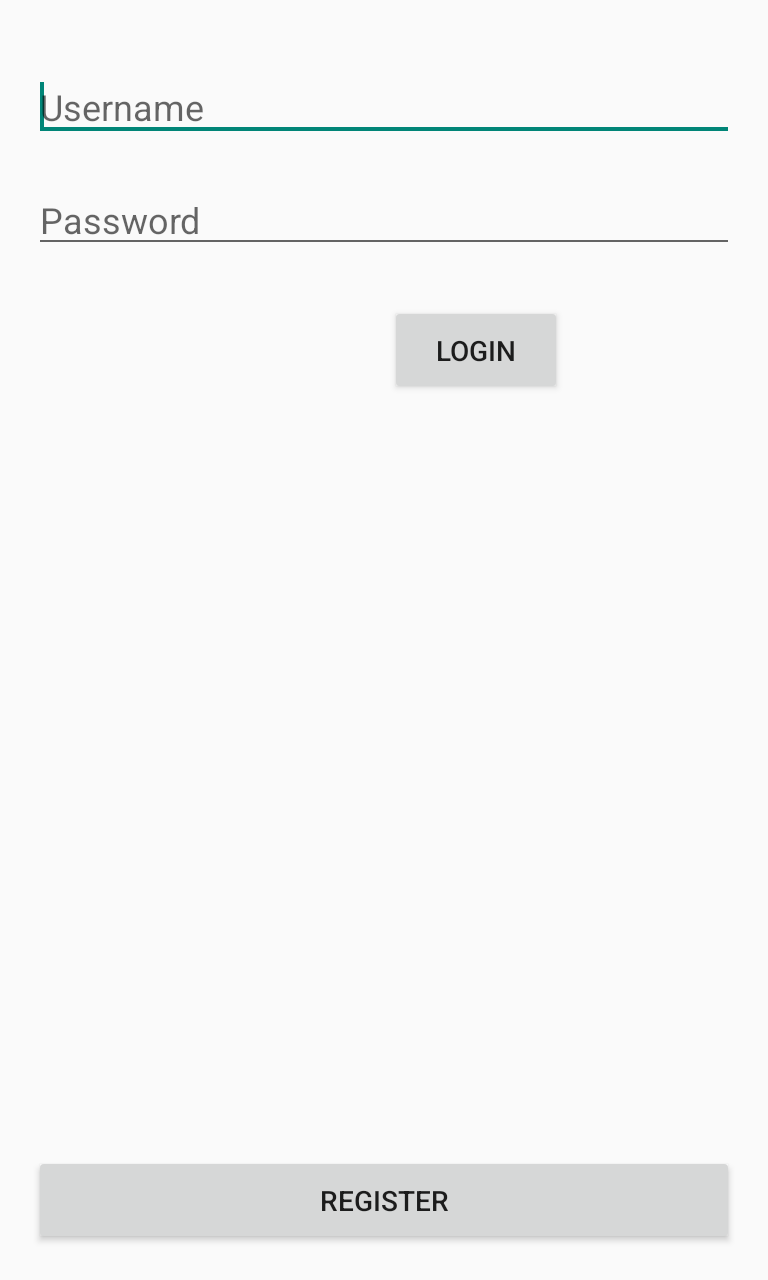
Repository: HarithaAmmuHari/Database
Layout: RegisterUsingSP/res/layout/activity_login.xml
An editor plug-in stored every save of this project. The layout is shown before and after the next save, followed by the edit.
It is drawn on a 768 x 1280 px phone screen (xhdpi) without system bars, with theme AppTheme; the app's code is not run.

Above is the layout before, as saved 2015-05-12 05:36:27.

### RegisterUsingSP/res/layout/activity_login.xml
<RelativeLayout xmlns:android="http://schemas.android.com/apk/res/android"
    xmlns:tools="http://schemas.android.com/tools"
    android:layout_width="match_parent"
    android:layout_height="match_parent"
    android:paddingBottom="@dimen/activity_vertical_margin"
    android:paddingLeft="@dimen/activity_horizontal_margin"
    android:paddingRight="@dimen/activity_horizontal_margin"
    android:paddingTop="@dimen/activity_vertical_margin"
    tools:context="com.example.registerusingsp.MainActivity" >

    <EditText
        android:id="@+id/editText1"
        android:layout_width="match_parent"
        android:layout_height="wrap_content"
        android:layout_alignParentTop="true"
        android:layout_marginTop="15dp"
        android:ems="10"
        android:hint="Username" >

        <requestFocus />
    </EditText>

    <EditText
        android:id="@+id/editText2"
        android:layout_width="match_parent"
        android:layout_height="wrap_content"
        android:layout_below="@+id/editText1"
        android:layout_marginTop="15dp"
        android:ems="10"
        android:hint="Password"
        android:inputType="textPassword" />

    <Button
        android:id="@+id/button2"
        android:layout_width="match_parent"
        android:layout_height="wrap_content"
        android:layout_alignParentBottom="true"
        android:onClick="showRegisterActivity"
        android:text="Register" />

    <Button
        android:id="@+id/button1"
        android:layout_width="wrap_content"
        android:layout_height="wrap_content"
        android:layout_alignRight="@+id/editText2"
        android:layout_below="@+id/editText2"
        android:layout_marginRight="86dp"
        android:layout_marginTop="22dp"
        android:onClick="loginTrial"
        android:text="Login" />

</RelativeLayout>

Loaded but not shown: RegisterUsingSP/res/values/styles.xml (common file); RegisterUsingSP/res/values-v11/styles.xml (common file); RegisterUsingSP/res/values-v14/styles.xml (common file); RegisterUsingSP/res/values/dimens.xml (common file); RegisterUsingSP/res/values-w820dp/dimens.xml (common file)

After the next save:
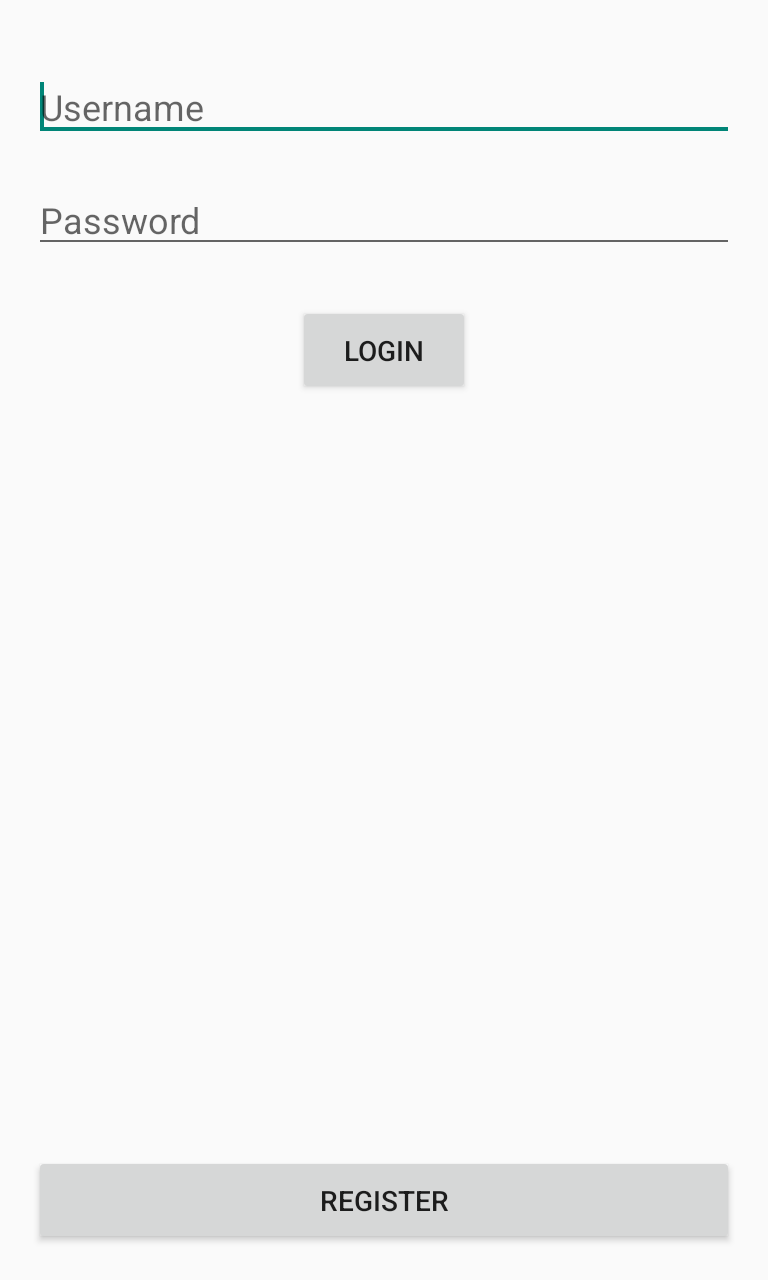
Saved 38 s later.
--- a/RegisterUsingSP/res/layout/activity_login.xml
+++ b/RegisterUsingSP/res/layout/activity_login.xml
@@ -42,7 +42,8 @@
         android:id="@+id/button1"
         android:layout_width="wrap_content"
         android:layout_height="wrap_content"
-        android:layout_alignRight="@+id/editText2"
+      android:layout_centerHorizontal="true"
+
         android:layout_below="@+id/editText2"
         android:layout_marginRight="86dp"
         android:layout_marginTop="22dp"
